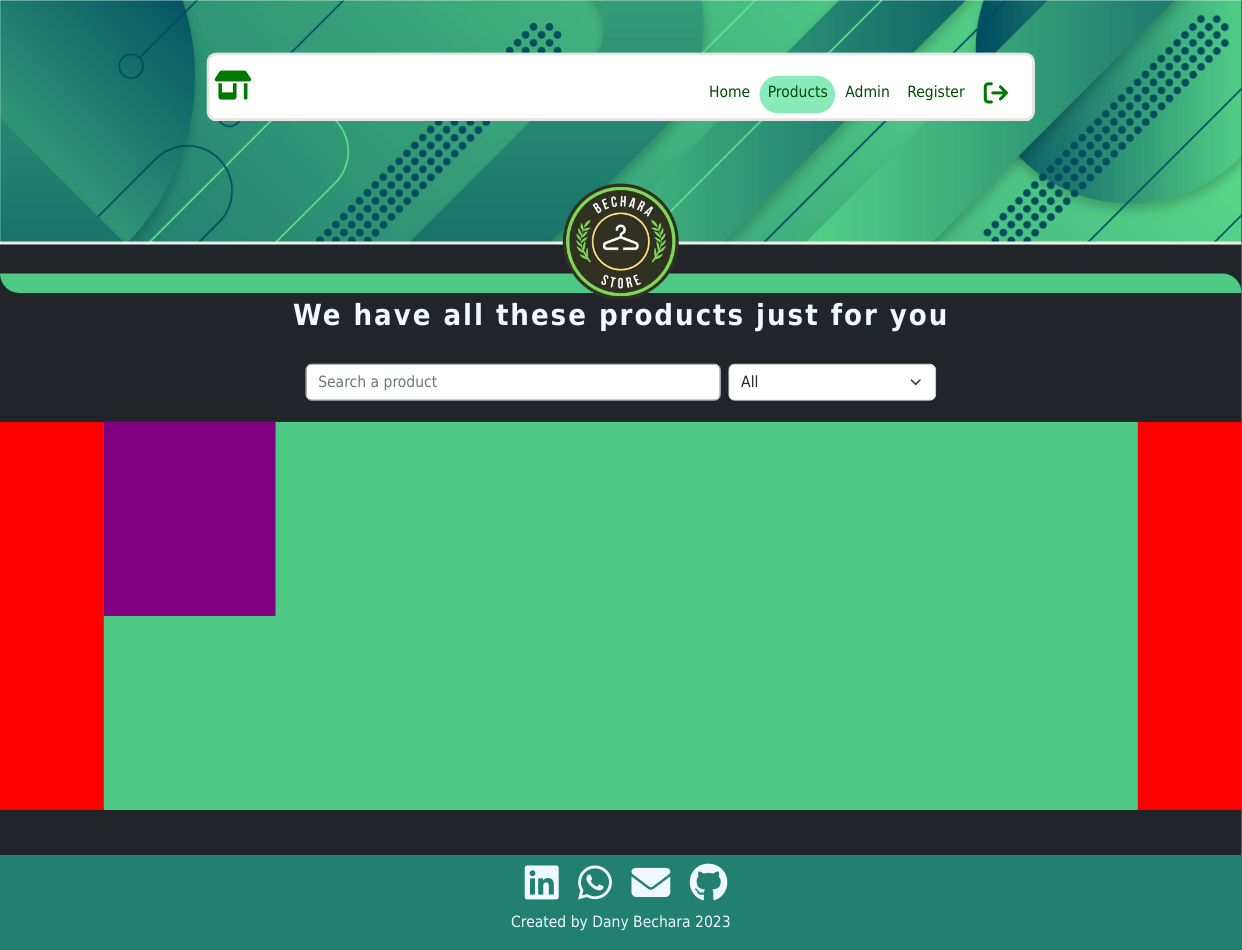
Repository: bechara611/becharastore
Page: /Products
The author's editor kept a copy of each file at every save. The page is drawn from the files as they stood at one save, then again after the next save.
The browser window is 1280 px wide. The pictures show the whole page, at 97% of full size.
Backgrounds fixed to the window are drawn as part of the page. The project was rebuilt for these pictures with package versions that can differ from the ones it lists, and the page was loaded fresh each time. Some packages were replaced by stand-ins written for this rebuild. Also part of the build but not shown: src/hooks/useAuth.jsx, src/hooks/useForm.jsx, src/Auth/components/LoginAndRegister.css, src/Auth/components/Login.jsx, src/Auth/components/Register.jsx, src/UI/helper/ElementoActivo.js, src/UI/Components/FormularioContacto.css, src/UI/Components/FormularioContacto.jsx and 1 more.

Above is the page before, as saved 2023-02-02 08:49:05.

After the next save:
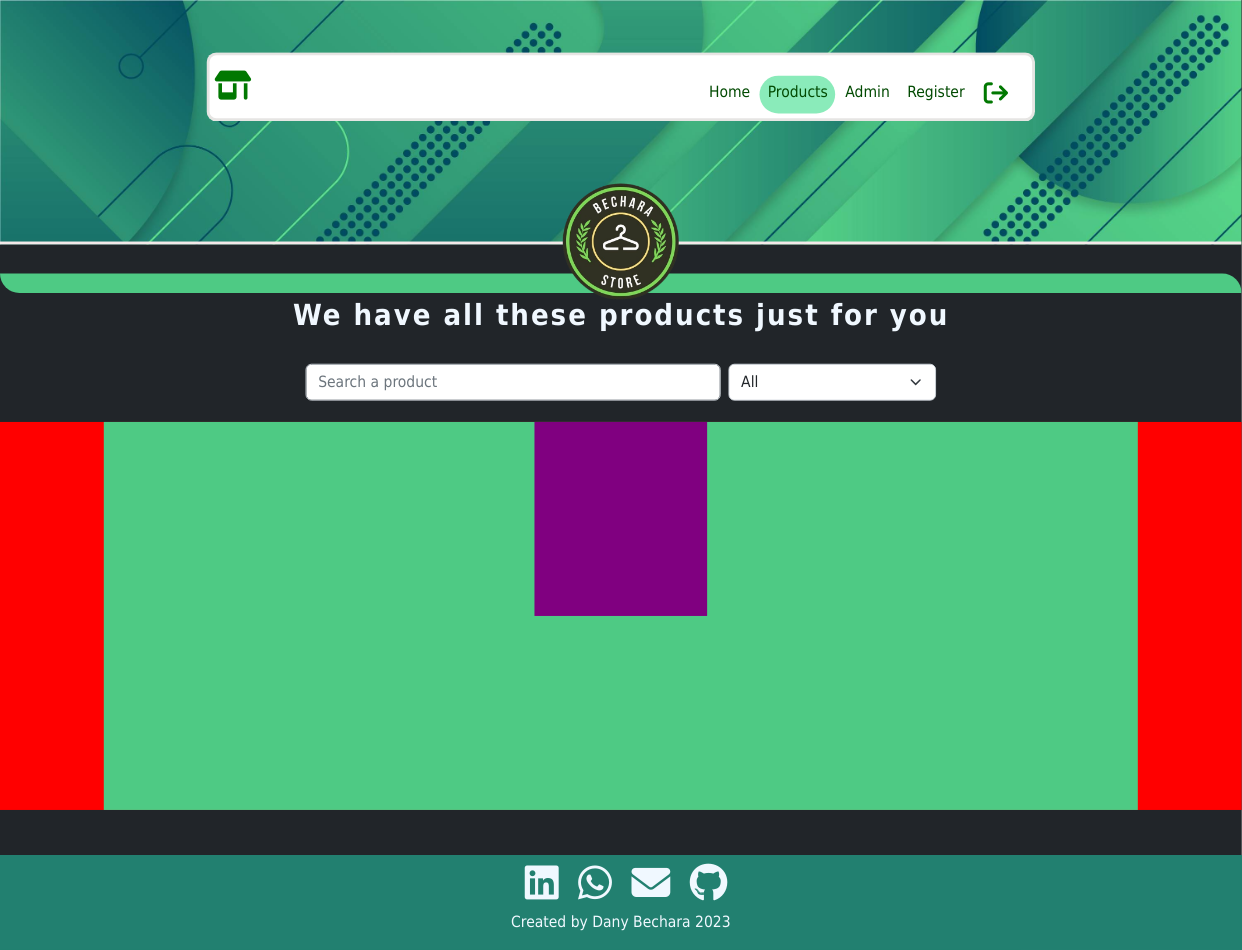
Saved 31 s later.
--- a/src/Products/components/ListadoProductos.css
+++ b/src/Products/components/ListadoProductos.css
@@ -32,6 +32,11 @@
 .contenedor-productos-hijo{
     height: 400px;
     background: var(--verde4);
+    display: flex;
+    flex-direction: row;
+    justify-content: center;
+    justify-items: center;
+
 }
 .contenedor-producto-hijoJr{
     height: 200px;
